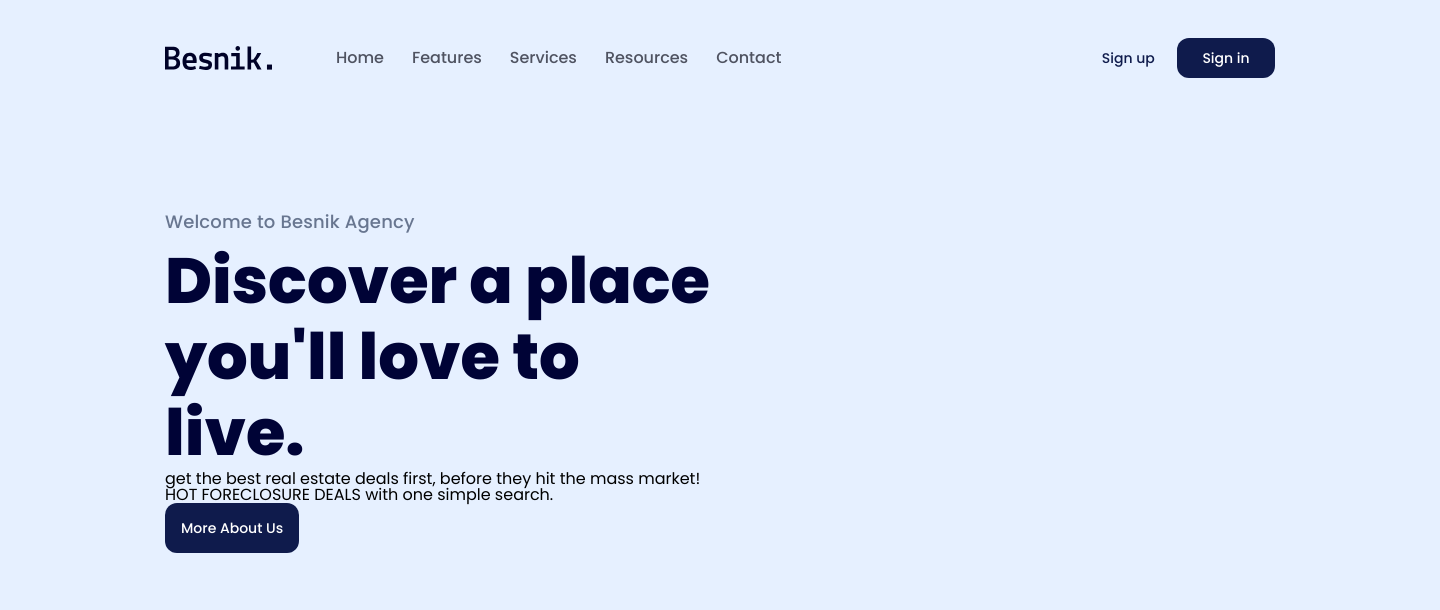
Repository: datvu1608/dv-htmlcss-01
Page: index.html
These files come from the project's save history. The page is drawn as it stood at one moment and after the next save; the edit follows.
The browser window is 1280 px wide. The page is 1440 px wide, so the pictures cover 1440 px, including what lies to the right of the window. The pictures show the whole page.

Above is the page before, as saved 2023-06-01 14:53:59.

After the next save:
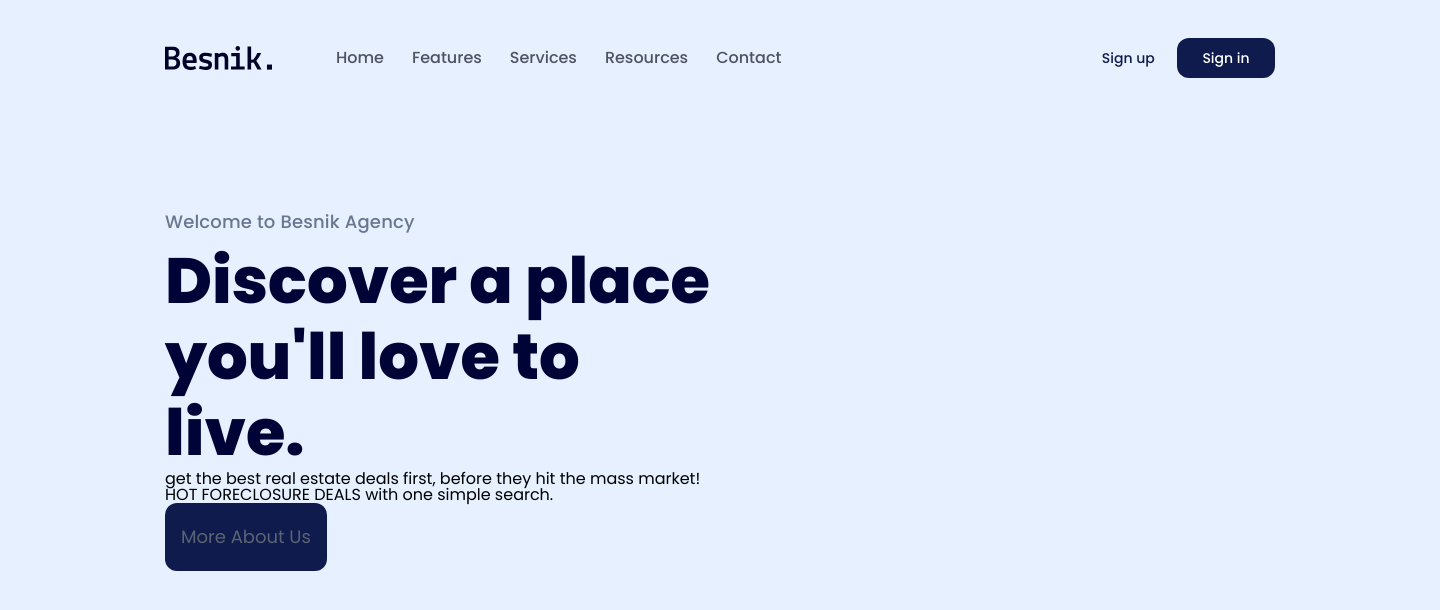
Saved 20 s later.
--- a/assets/css/style.css
+++ b/assets/css/style.css
@@ -96,4 +96,10 @@
   color: #000336;
   margin-top: 8px;
 }
-.hero .;
+.hero .btn {
+  font-weight: 400;
+  font-size: 18px;
+  line-height: 32px;
+  text-transform: capitalize;
+  color: #5a6473;
+}
